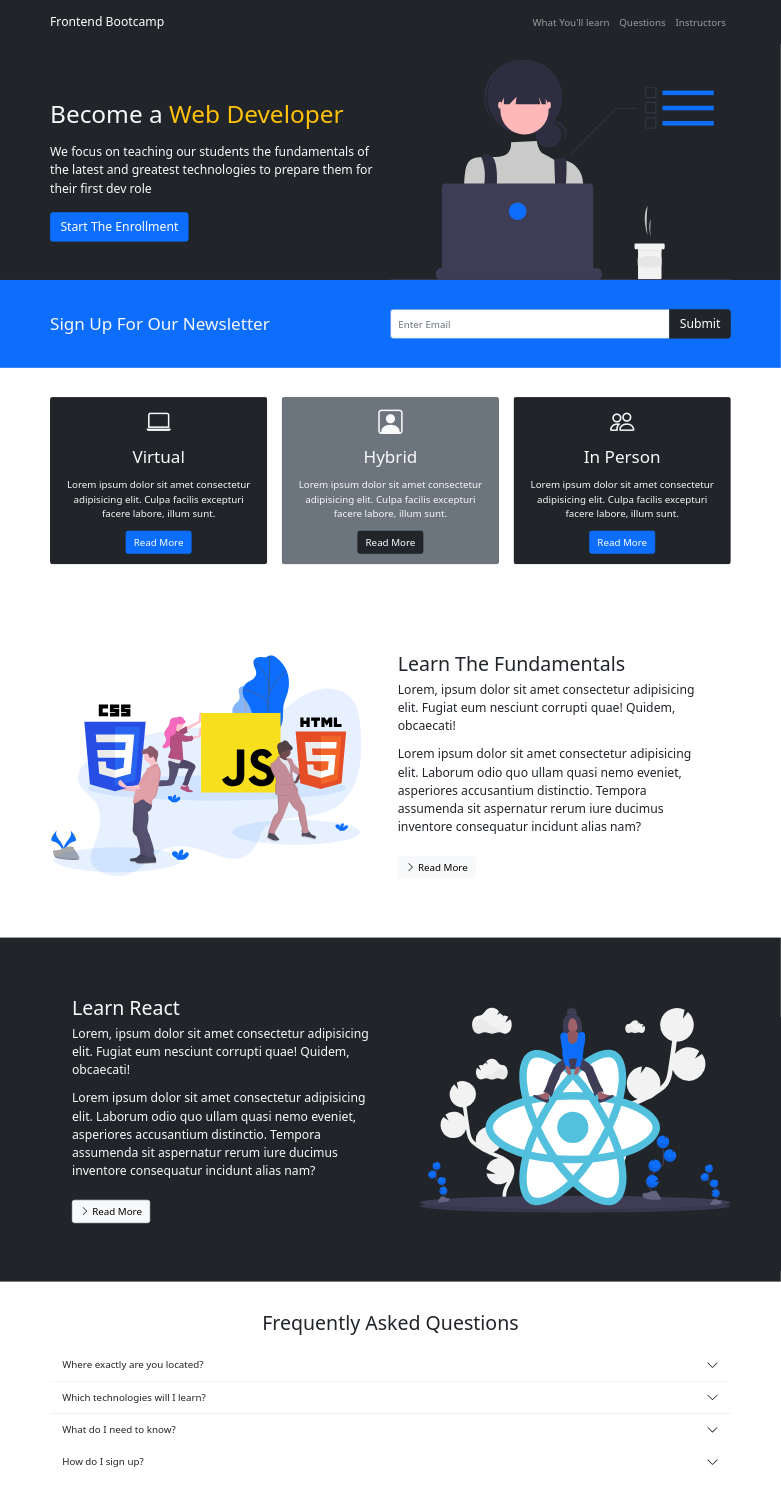
Repository: Marhamat92/Bootstrap5-Responsive-Website-
Page: index.html
These files come from the project's save history. The page is drawn as it stood at one moment and after the next save; the edit follows.
The browser window is 1280 px wide. The pictures show the whole page, at 61% of full size.
Some web libraries are served in a nearby version.

Above is the page before, as saved 2021-09-18 19:12:19.

### index.html
<!DOCTYPE html>
<html lang="en">

<head>
    <meta charset="UTF-8">
    <meta http-equiv="X-UA-Compatible" content="IE=edge">
    <meta name="viewport" content="width=device-width, initial-scale=1.0">
    <link href="https://cdn.jsdelivr.net/npm/bootstrap@5.0.2/dist/css/bootstrap.min.css" rel="stylesheet"
        integrity="sha384-EVSTQN3/azprG1Anm3QDgpJLIm9Nao0Yz1ztcQTwFspd3yD65VohhpuuCOmLASjC" crossorigin="anonymous">
    <link rel="stylesheet" href="https://cdn.jsdelivr.net/npm/bootstrap-icons@1.3.0/font/bootstrap-icons.css">
    <link rel="stylesheet" href="style.css">
    <title>Frontend Bootcamp</title>

</head>

<body>
    <!--Navbar-->
    <nav class="navbar navbar-expand-lg bg-dark navbar-dark py-3 fixed-top">
        <div class="container">
            <a href="#" class="navbar-brand">Frontend Bootcamp</a>
            <button class="navbar-toggler" type="button" data-bs-toggle="collapse" data-bs-target="#navmenu">
                <span class="navbar-toggler-icon"></span>
            </button>
            <div class="collapse navbar-collapse" id="navmenu">
                <ul class="navbar-nav ms-auto">
                    <li class="nav-item">
                        <a href="#learn" class="nav-link">What You'll learn</a>
                    </li>
                    <li class="nav-item">
                        <a href="#questions" class="nav-link">Questions</a>
                    </li>
                    <li class="nav-item">
                        <a href="#instructors" class="nav-link">Instructors</a>
                    </li>
                </ul>
            </div>
        </div>
    </nav>

    <!--Showcase-->

    <section class="bg-dark text-light p-5 p-lg-0 pt-lg-5 text-center text-sm-start">
        <div class="container">
            <div class="d-sm-flex align-items-center justify-content-between">
                <div>
                    <h1>Become a <span class="text-warning">Web Developer</span> </h1>
                    <p class="lead my-4">We focus on teaching our students the fundamentals of the latest and
                        greatest technologies to prepare them for their first dev role
                    </p>
                    <button class="btn btn-primary btn-lg">Start The Enrollment</button>
                </div>
                <img class="img-fluid w-50 d-none d-sm-block" src="img/showcase.svg" alt="showcase">
            </div>
        </div>
    </section>


    <!--Newsletter-->
    <section class=" bg-primary text-light p-5">
        <div class="container">
            <div class="d-md-flex justify-content-between align-items-center">
                <h3 class="mb-3 mb-md-0">Sign Up For Our Newsletter</h3>
                <div class="input-group news-input">
                    <input type="text" class="form-control" placeholder="Enter Email">
                    <button class="btn btn-dark btn-lg" type="button">Submit</button>
                </div>

            </div>
        </div>
    </section>

    <!--Boxes-->
    <section class="p-5">
        <div class="container">
            <div class="row text-center g-4">
                <div class="col-md">
                    <div class="card bg-dark text-light">
                        <div class="card-body text-center">
                            <div class="h1 mb-3"><i class="bi bi-laptop"></i>
                            </div>
                            <h3 class="title mb-3">Virtual</h3>
                            <p class="card-text">
                                Lorem ipsum dolor sit amet consectetur adipisicing elit. Culpa facilis excepturi facere
                                labore, illum sunt.
                            </p>
                            <a href="#" class="btn btn-primary">Read More</a>
                        </div>
                    </div>
                </div>
                <div class="col-md">
                    <div class="card bg-secondary text-light">
                        <div class="card-body text-center">
                            <div class="h1 mb-3"><i class="bi bi-person-square"></i>
                            </div>
                            <h3 class="title mb-3">Hybrid</h3>
                            <p class="card-text">
                                Lorem ipsum dolor sit amet consectetur adipisicing elit. Culpa facilis excepturi facere
                                labore, illum sunt.
                            </p>
                            <a href="#" class="btn btn-dark">Read More</a>
                        </div>
                    </div>
                </div>
                <div class="col-md">
                    <div class="card bg-dark text-light">
                        <div class="card-body text-center">
                            <div class="h1 mb-3"><i class="bi bi-people"></i>
                            </div>
                            <h3 class="title mb-3">In Person</h3>
                            <p class="card-text">
                                Lorem ipsum dolor sit amet consectetur adipisicing elit. Culpa facilis excepturi facere
                                labore, illum sunt.
                            </p>
                            <a href="#" class="btn btn-primary">Read More</a>
                        </div>
                    </div>
                </div>
            </div>
        </div>
    </section>

    <!--Learn Sections-->
    <section id="learn" class="p-5">
        <div class="container">
            <div class="row align-items-center justify-content-between">
                <div class="col-md">
                    <img src="img/fundamentals.svg" class="img-fluid" alt="">
                </div>
                <div class="col-md p-5">
                    <h2>Learn The Fundamentals</h2>
                    <p class="lead">
                        Lorem, ipsum dolor sit amet consectetur adipisicing elit. Fugiat eum nesciunt corrupti quae!
                        Quidem, obcaecati!
                    </p>
                    <p class="lead">Lorem ipsum dolor sit amet consectetur adipisicing elit. Laborum odio quo ullam
                        quasi nemo eveniet, asperiores accusantium distinctio. Tempora assumenda sit aspernatur rerum
                        iure ducimus inventore consequatur incidunt alias nam?</p>
                    <a href="#" class="btn btn-light mt-3"><i class="bi bi-chevron-right"></i> Read More</a>
                </div>
            </div>
        </div>
    </section>


    <!--react section-->
    <section id="learn" class="p-5 bg-dark text-light">
        <div class="container">
            <div class="row align-items-center justify-content-between">
                <div class="col-md p-5">
                    <h2>Learn React</h2>
                    <p class="lead">
                        Lorem, ipsum dolor sit amet consectetur adipisicing elit. Fugiat eum nesciunt corrupti quae!
                        Quidem, obcaecati!
                    </p>
                    <p class="lead">Lorem ipsum dolor sit amet consectetur adipisicing elit. Laborum odio quo ullam
                        quasi nemo eveniet, asperiores accusantium distinctio. Tempora assumenda sit aspernatur rerum
                        iure ducimus inventore consequatur incidunt alias nam?</p>
                    <a href="#" class="btn btn-light mt-3"><i class="bi bi-chevron-right"></i> Read More</a>
                </div>
                <div class="col-md">
                    <img src="img/react.svg" class="img-fluid" alt="">
                </div>
            </div>
        </div>
    </section>


    <!--Question Accordion-->
    <section id="questions" class="p-5">
        <div class="container">
            <h2 class="text-center mb-4">Frequently Asked Questions</h2>
            <div class="accordion accordion-flush" id="#questions">
                <!--item 1-->
                <div class="accordion-item">
                    <h2 class="accordion-header" >
                        <button class="accordion-button collapsed" type="button" data-bs-toggle="collapse"
                            data-bs-target="#question-one" >
                            Where exactly are you located?
                        </button>
                    </h2>
                    <div id="question-one" class="accordion-collapse collapse" aria-labelledby="flush-headingOne"
                        data-bs-parent="#questions">
                        <div class="accordion-body">Lorem, ipsum dolor sit amet consectetur adipisicing elit. Modi ut facilis voluptas placeat excepturi, eligendi eum assumenda nisi doloremque animi totam possimus asperiores libero repudiandae officia culpa recusandae quia laudantium veritatis. Culpa, quae accusamus! Praesentium, sapiente? Libero voluptates deserunt eaque inventore ducimus molestias, adipisci perferendis cupiditate, nobis, aliquam tempora et?</div>
                    </div>
                </div>
                <!--item 2-->
                <div class="accordion-item">
                    <h2 class="accordion-header" >
                        <button class="accordion-button collapsed" type="button" data-bs-toggle="collapse"
                            data-bs-target="#question-two" >
                            Which technologies will I learn?
                        </button>
                    </h2>
                    <div id="question-two" class="accordion-collapse collapse" aria-labelledby="flush-headingOne"
                        data-bs-parent="#questions">
                        <div class="accordion-body">Lorem, ipsum dolor sit amet consectetur adipisicing elit. Modi ut facilis voluptas placeat excepturi, eligendi eum assumenda nisi doloremque animi totam possimus asperiores libero repudiandae officia culpa recusandae quia laudantium veritatis. Culpa, quae accusamus! Praesentium, sapiente? Libero voluptates deserunt eaque inventore ducimus molestias, adipisci perferendis cupiditate, nobis, aliquam tempora et?</div>
                    </div>
                </div>
                <!--item 3-->
                <div class="accordion-item">
                    <h2 class="accordion-header" >
                        <button class="accordion-button collapsed" type="button" data-bs-toggle="collapse"
                            data-bs-target="#question-three" >
                            What do I need to know?
                        </button>
                    </h2>
                    <div id="question-three" class="accordion-collapse collapse" aria-labelledby="flush-headingOne"
                        data-bs-parent="#questions">
                        <div class="accordion-body">Lorem, ipsum dolor sit amet consectetur adipisicing elit. Modi ut facilis voluptas placeat excepturi, eligendi eum assumenda nisi doloremque animi totam possimus asperiores libero repudiandae officia culpa recusandae quia laudantium veritatis. Culpa, quae accusamus! Praesentium, sapiente? Libero voluptates deserunt eaque inventore ducimus molestias, adipisci perferendis cupiditate, nobis, aliquam tempora et?</div>
                    </div>
                </div>
                <!--item 4-->
                <div class="accordion-item">
                    <h2 class="accordion-header" >
                        <button class="accordion-button collapsed" type="button" data-bs-toggle="collapse"
                            data-bs-target="#question-four" >
                            How do I sign up?
                        </button>
                    </h2>
                    <div id="question-four" class="accordion-collapse collapse" aria-labelledby="flush-headingOne"
                        data-bs-parent="#questions">
                        <div class="accordion-body">Lorem, ipsum dolor sit amet consectetur adipisicing elit. Modi ut facilis voluptas placeat excepturi, eligendi eum assumenda nisi doloremque animi totam possimus asperiores libero repudiandae officia culpa recusandae quia laudantium veritatis. Culpa, quae accusamus! Praesentium, sapiente? Libero voluptates deserunt eaque inventore ducimus molestias, adipisci perferendis cupiditate, nobis, aliquam tempora et?</div>
                    </div>
                </div>

        </div>







    </section>





















    <script src="https://cdn.jsdelivr.net/npm/bootstrap@5.0.2/dist/js/bootstrap.bundle.min.js"
        integrity="sha384-MrcW6ZMFYlzcLA8Nl+NtUVF0sA7MsXsP1UyJoMp4YLEuNSfAP+JcXn/tWtIaxVXM" crossorigin="anonymous">
    </script>
</body>

</html>

### style.css
@media (min-width:768px) {
    .news-input{
        width:50%;
    }
}


body::before{
    display: block;
    content:'';
    height: 50px;
}

After the next save:
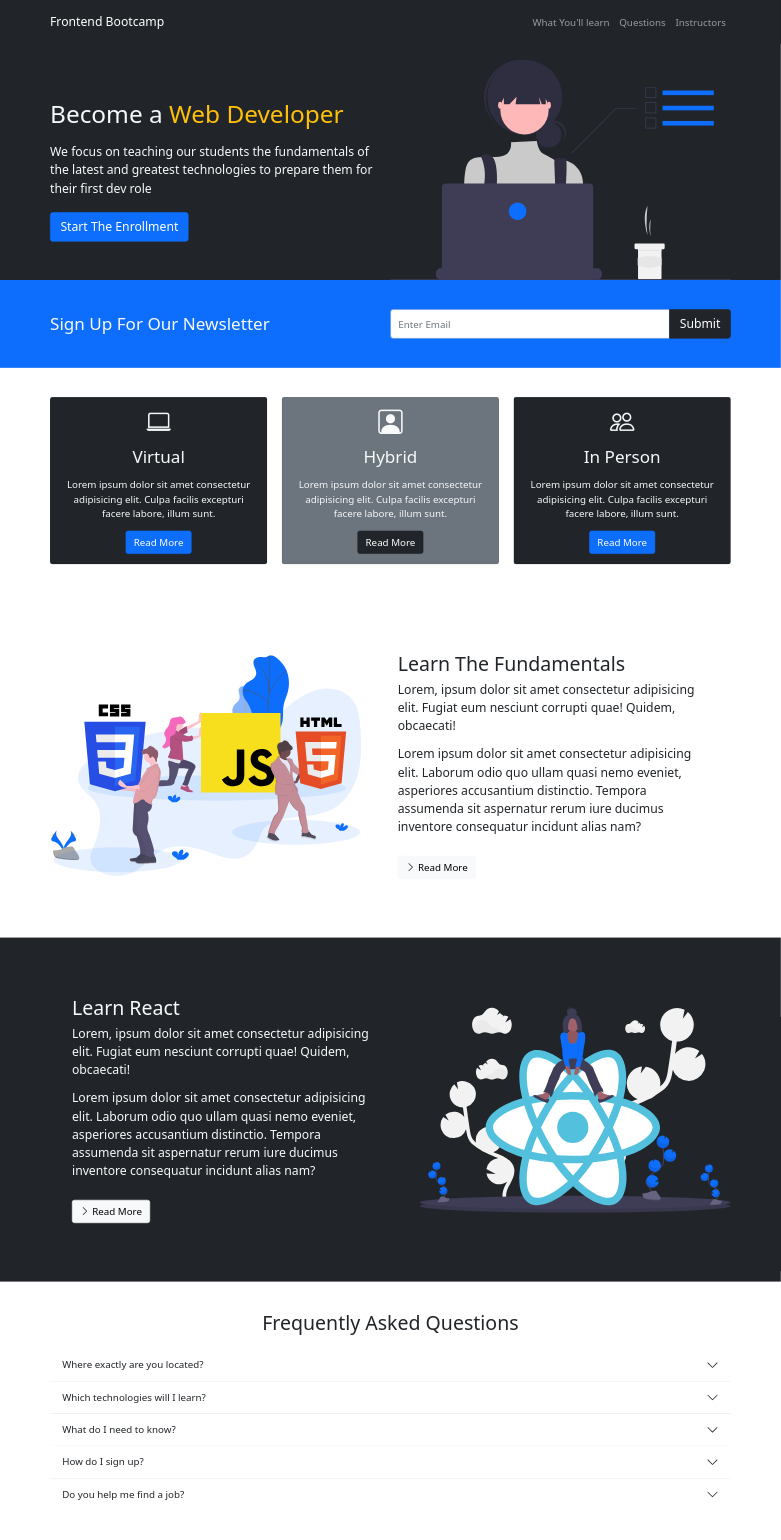
Saved 109 s later.
--- a/index.html
+++ b/index.html
@@ -222,6 +222,19 @@
                         <div class="accordion-body">Lorem, ipsum dolor sit amet consectetur adipisicing elit. Modi ut facilis voluptas placeat excepturi, eligendi eum assumenda nisi doloremque animi totam possimus asperiores libero repudiandae officia culpa recusandae quia laudantium veritatis. Culpa, quae accusamus! Praesentium, sapiente? Libero voluptates deserunt eaque inventore ducimus molestias, adipisci perferendis cupiditate, nobis, aliquam tempora et?</div>
                     </div>
                 </div>
+                <!--item 5-->
+                <div class="accordion-item">
+                    <h2 class="accordion-header" >
+                        <button class="accordion-button collapsed" type="button" data-bs-toggle="collapse"
+                            data-bs-target="#question-five" >
+                            Do you help me find a job?
+                        </button>
+                    </h2>
+                    <div id="question-five" class="accordion-collapse collapse" aria-labelledby="flush-headingOne"
+                        data-bs-parent="#questions">
+                        <div class="accordion-body">Lorem, ipsum dolor sit amet consectetur adipisicing elit. Modi ut facilis voluptas placeat excepturi, eligendi eum assumenda nisi doloremque animi totam possimus asperiores libero repudiandae officia culpa recusandae quia laudantium veritatis. Culpa, quae accusamus! Praesentium, sapiente? Libero voluptates deserunt eaque inventore ducimus molestias, adipisci perferendis cupiditate, nobis, aliquam tempora et?</div>
+                    </div>
+                </div>
 
         </div>
 
